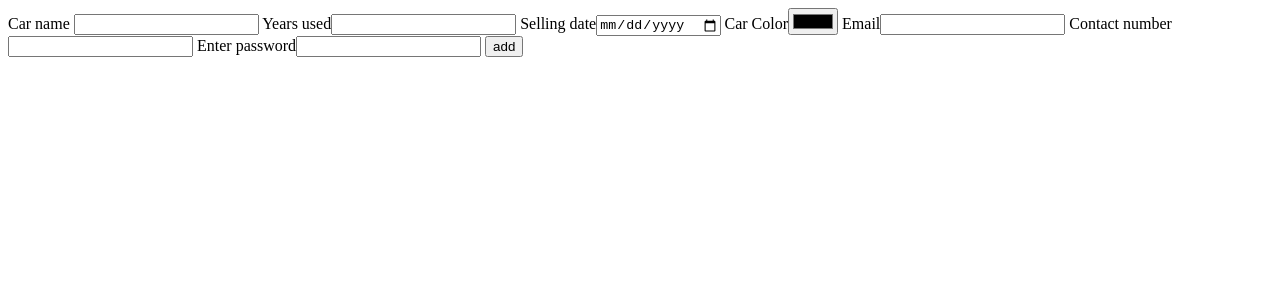
Repository: parthp17/273-Homework1
Page: Homework1/workspace/homework1/WebContent/InputTypes.html
These files come from the project's save history. The page is drawn as it stood at one moment and after the next save; the edit follows.
The browser window is 1280 px wide. The pictures show the whole page.

Above is the page before, as saved 2016-09-09 15:57:25.

### Homework1/workspace/homework1/WebContent/InputTypes.html
<html>
<head>

</head>
<body>
<form action="welcome.html">
	Car name
	<input type="text" name="name" id="name">
	Years used<input type = "number" name = "yearsUsed" id = "yearsUsed">

	Selling date<input type="date" name="sellingDate" id = "sellingDate">
	 Car Color<input type="color" name="carcolor" id = "carcolor">
	 Email<input type = "email" id = "email">
	 Contact number <input type= "tel" name = "contactnum" id = "contactnum">
	 Enter password<input type = "password" max="16" min = "8" id = "password">
	<input type="submit" value="add" onclick="f1()" id="b">

</form>
	</table>
</body>
</html>

After the next save:
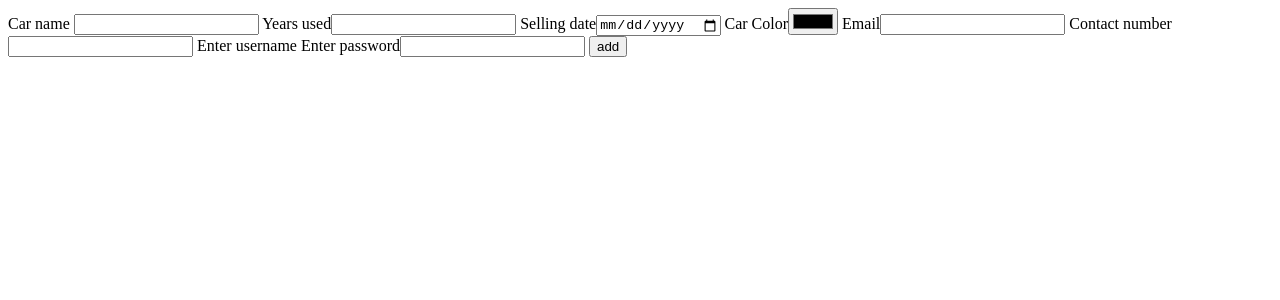
Saved 44 s later.
--- a/Homework1/workspace/homework1/WebContent/InputTypes.html
+++ b/Homework1/workspace/homework1/WebContent/InputTypes.html
@@ -12,7 +12,9 @@
 	 Car Color<input type="color" name="carcolor" id = "carcolor">
 	 Email<input type = "email" id = "email">
 	 Contact number <input type= "tel" name = "contactnum" id = "contactnum">
+	 Enter username
 	 Enter password<input type = "password" max="16" min = "8" id = "password">
+
 	<input type="submit" value="add" onclick="f1()" id="b">
 
 </form>
